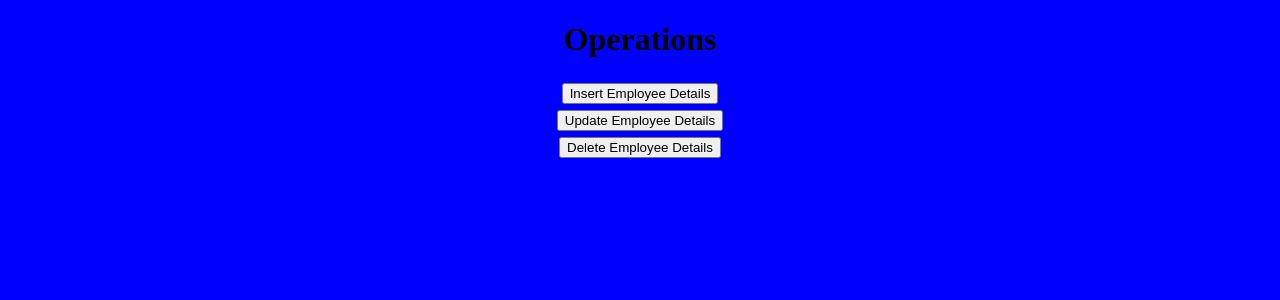
Repository: mounikagunda/corejavaproject
Page: project2/WebContent/index.html
These files come from the project's save history. The page is drawn as it stood at one moment and after the next save; the edit follows.
The browser window is 1280 px wide. The pictures show the whole page.

Above is the page before, as saved 2016-12-16 04:07:41.

### project2/WebContent/index.html
<!DOCTYPE html>
<html>
<head>
<meta charset="ISO-8859-1">
<title></title>
</head>
<body style="background-color:Blue">
<h1 align="center">Operations</h1>
<form action="insert.html" method="post">
<table align="center">
<tr>
<td><input type="submit"value="Insert Employee Details"/></td>
</tr>
</table>
</form>
<form action="update.html" method="post">
<table align="center">
<tr>
<td><input type="submit"value="Update Employee Details"/></td>
</tr>
</table>
</form>
<form action="delete.html" method="post">
<table align="center">
<tr>
<td><input type="submit"value="Delete Employee Details"/></td>
</tr>
</table>
</form>

</body>
</html>

After the next save:
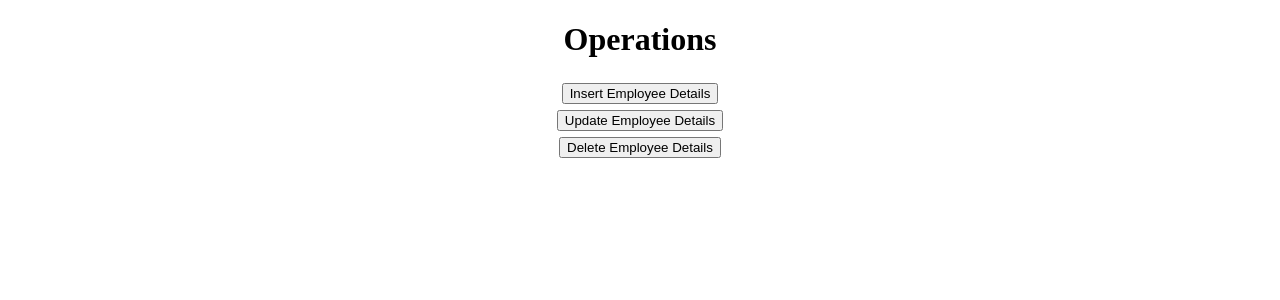
Saved 72 s later.
--- a/project2/WebContent/index.html
+++ b/project2/WebContent/index.html
@@ -4,7 +4,7 @@
 <meta charset="ISO-8859-1">
 <title></title>
 </head>
-<body style="background-color:Blue">
+<body style="background-color:white">
 <h1 align="center">Operations</h1>
 <form action="insert.html" method="post">
 <table align="center">
